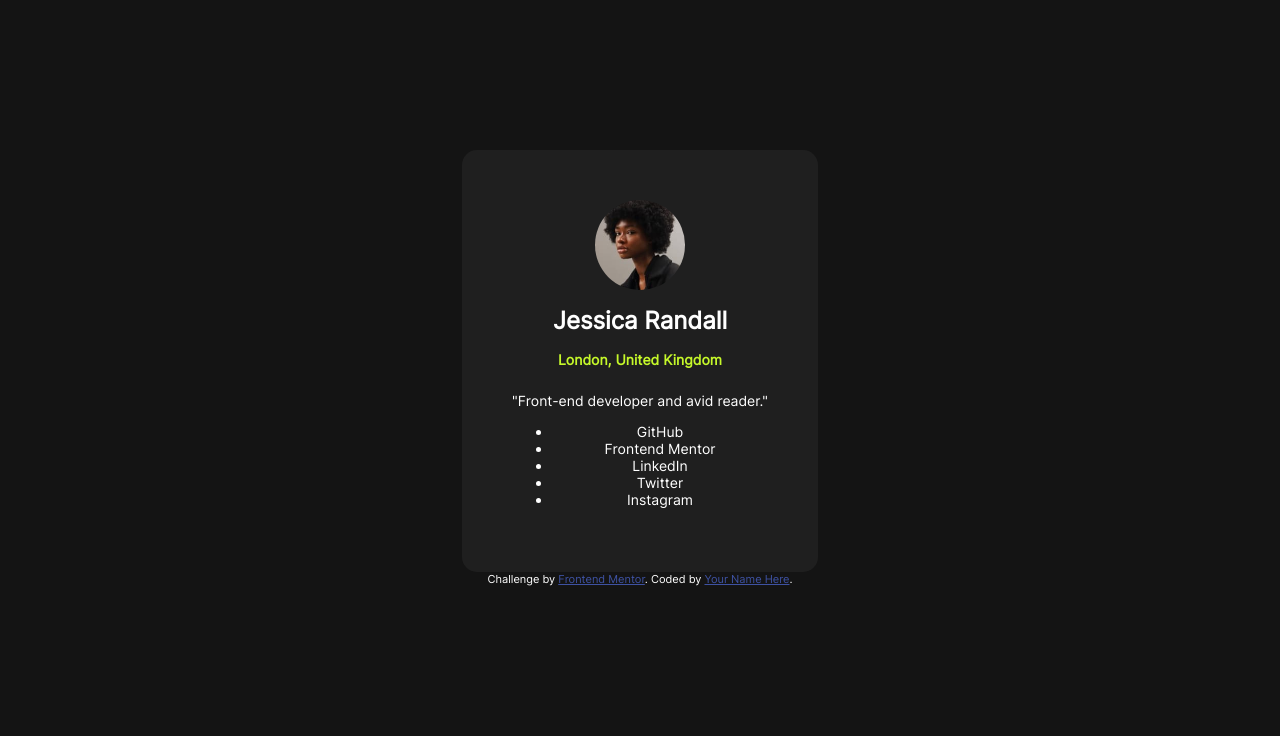
Repository: RudyJ/social-links-profile
Page: index.html
An editor plug-in stored every save of this project. The page is shown before and after the next save, followed by the edit.
The browser window is 1280 px wide. The pictures show the whole page.

Above is the page before, as saved 2024-04-02 19:51:26.

After the next save:
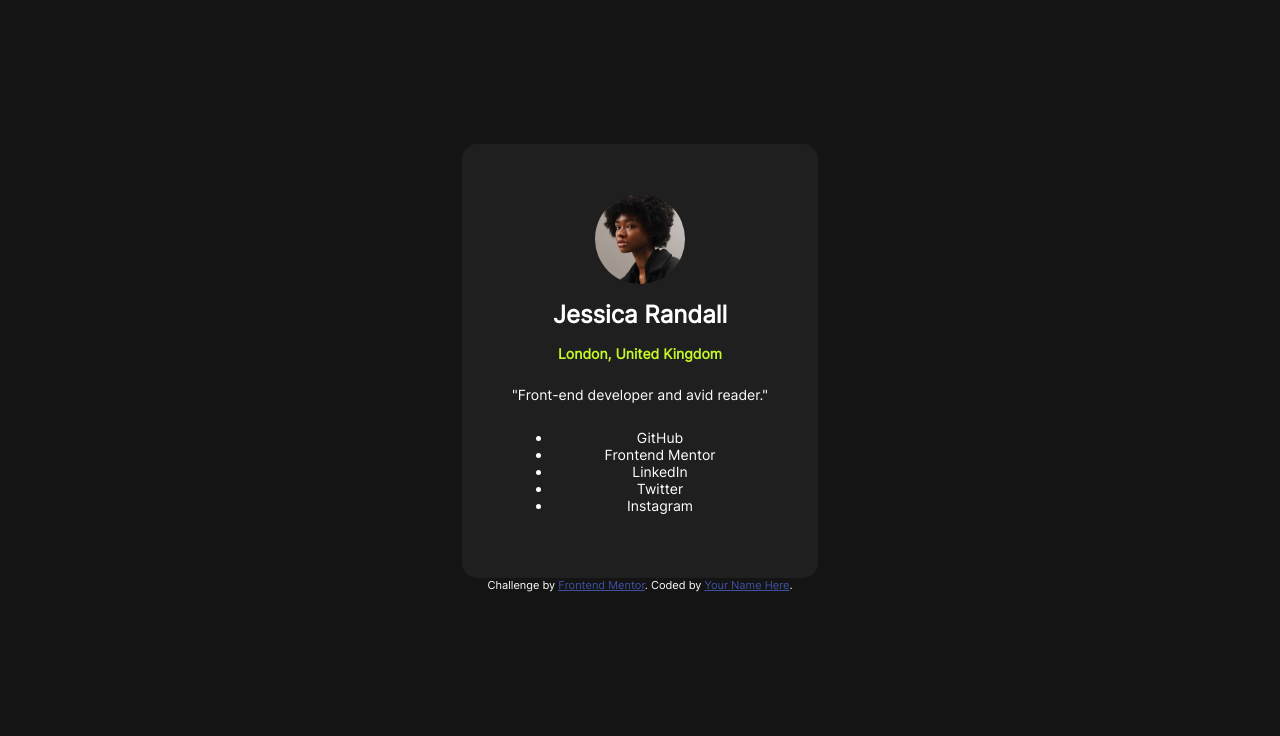
Saved 115 s later.
--- a/assets/css/style.css
+++ b/assets/css/style.css
@@ -52,4 +52,5 @@ body .card h2 {
 }
 body .card p {
     font-size: 14px;
+    margin-bottom: 26px;
 }
